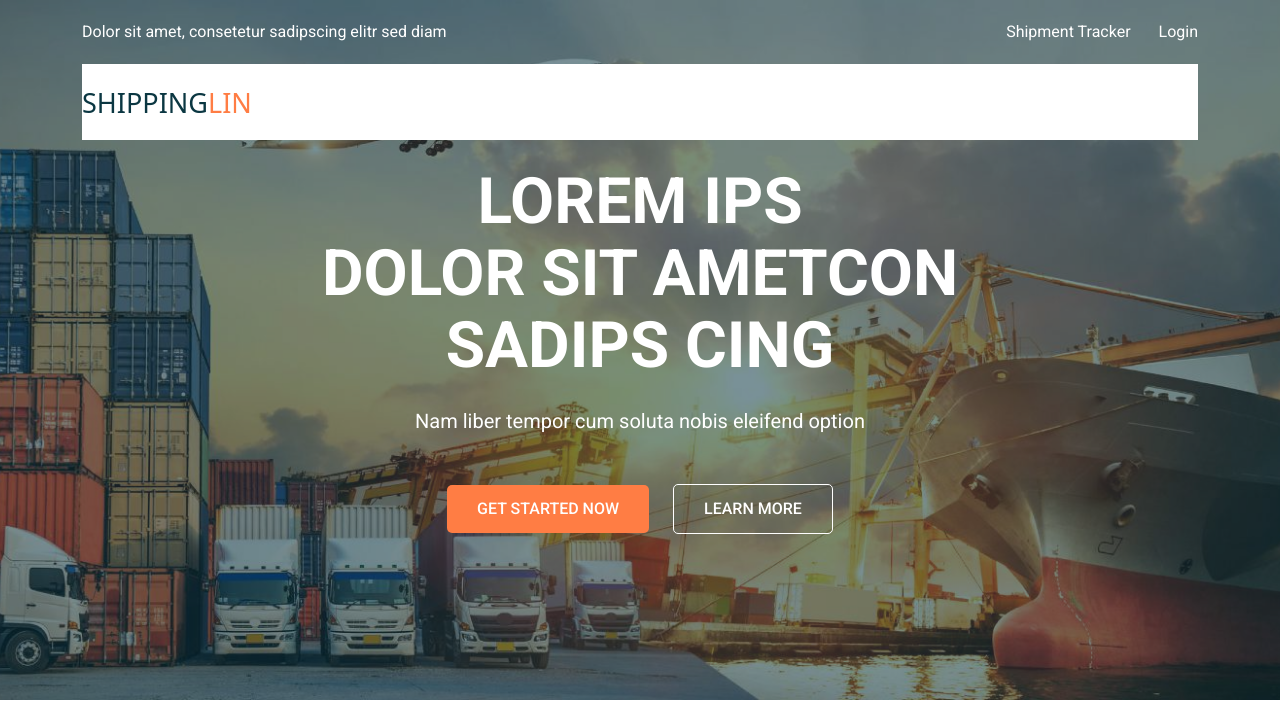
Repository: nazmulalok/shipping-template
Page: index.html
An editor plug-in stored every save of this project. The page is shown before and after the next save, followed by the edit.
The browser window is 1280 px wide. The pictures show the whole page.

Above is the page before, as saved 2022-10-03 13:43:27.

After the next save:
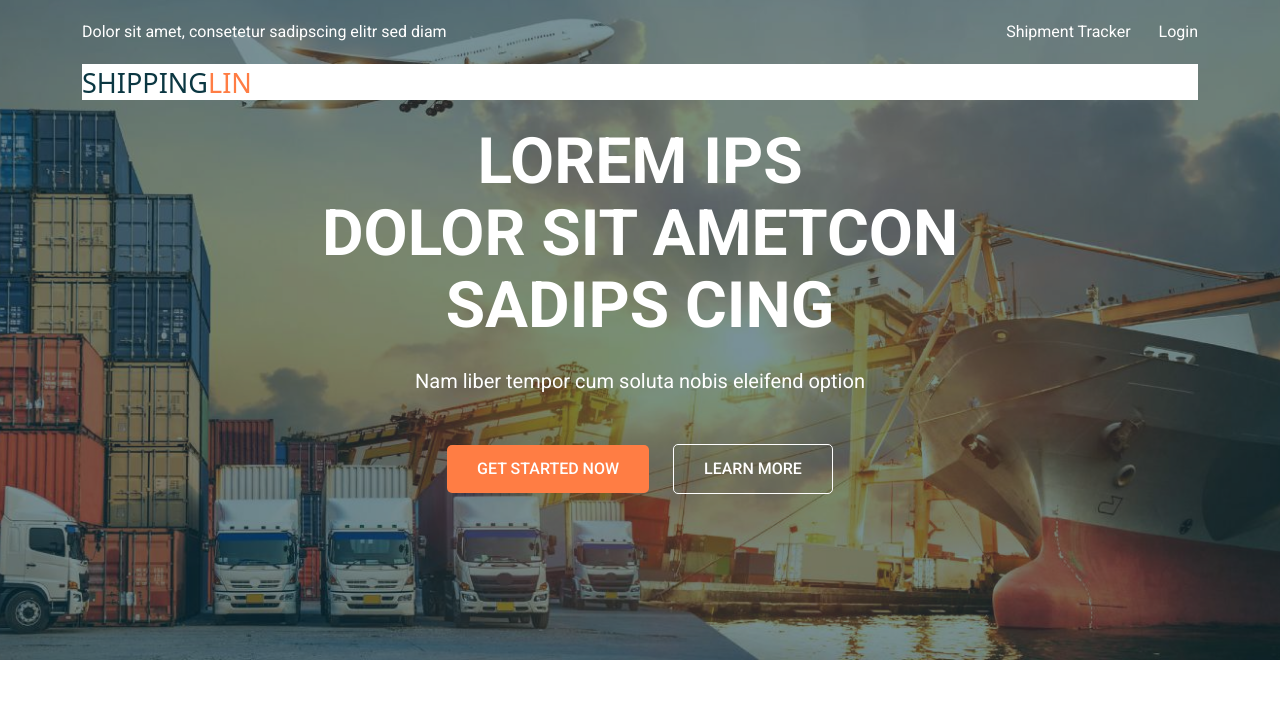
Saved 68 s later.
--- a/style.css
+++ b/style.css
@@ -105,6 +105,9 @@
     justify-content: space-between;
     align-items: center;
     color: var(--tertiary-color);
+}
+
+.top-bar {
     padding: 20px 0px;
 }
 

After the save that followed:
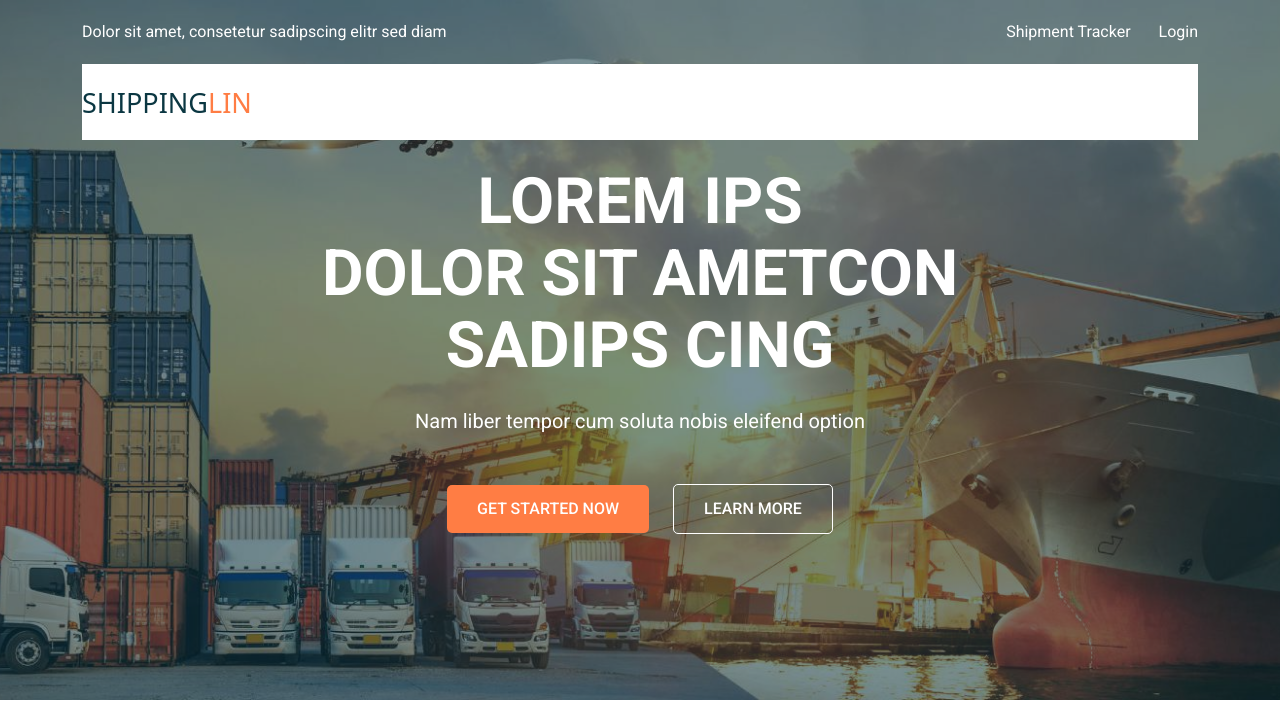
Saved 6 s later.
--- a/style.css
+++ b/style.css
@@ -113,4 +113,5 @@
 
 .header-area {
     background: var(--tertiary-color);
+    padding: 20px 0px;
 }
